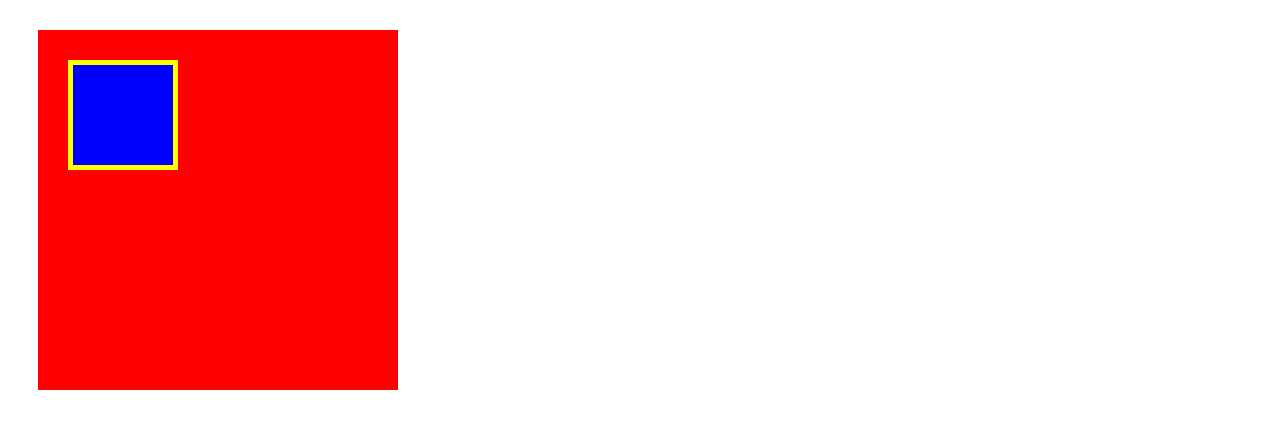
Repository: yesohnuki/shinya-ohnuki
Page: box/box.html
The author's editor kept a record of every edit. The page is drawn from the files as they stood at one moment, then again after the next edit.
The browser window is 1280 px wide. The pictures show the whole page.

Above is the page before.

After the next edit:
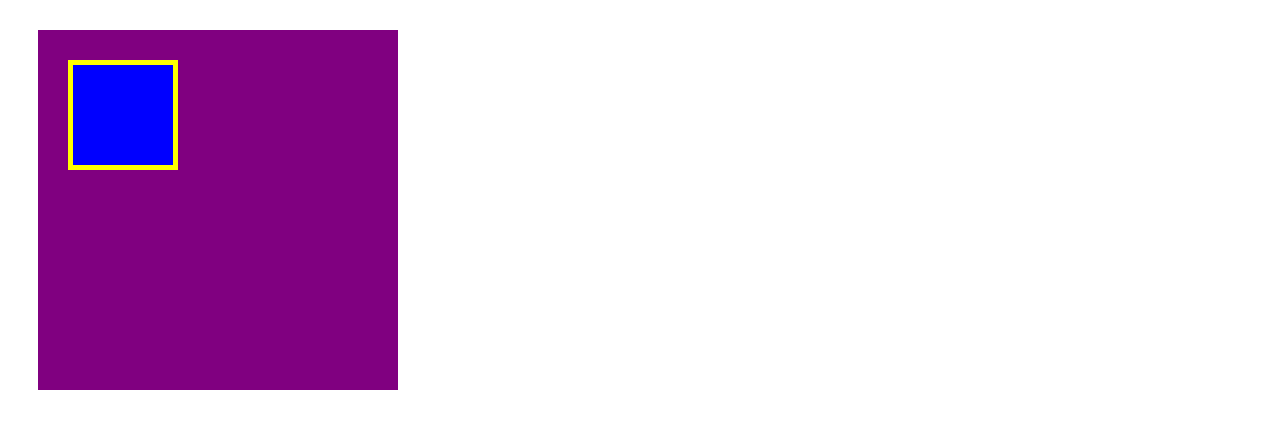
The edit:
--- a/box/box.css
+++ b/box/box.css
@@ -1,7 +1,7 @@
 .box1 {
   width: 300px;
   height: 300px;
-  background-color: red;
+  background-color: purple;
   margin:30px;
   padding:30px;
 }
